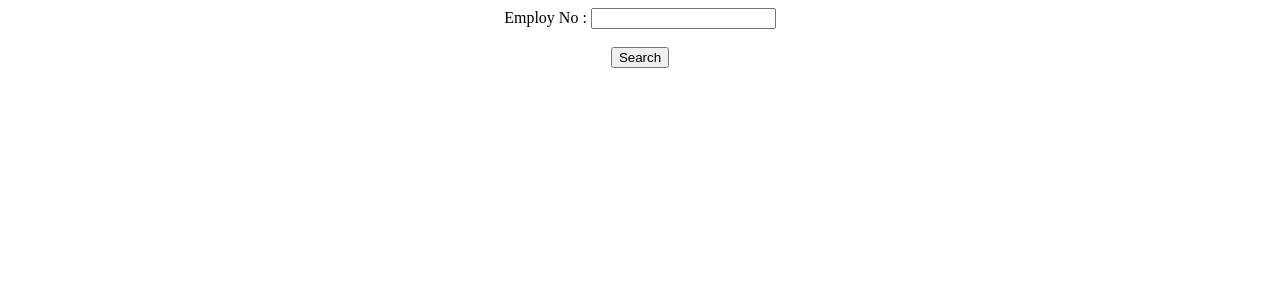
Repository: Satya-298/SatyaTraining
Page: Java Training/Day 1/JdbcServlets/src/main/webapp/EmploySearch.html
The author's editor kept a copy of each file at every save. The page is drawn from the files as they stood at one save, then again after the next save.
The browser window is 1280 px wide. The pictures show the whole page.

Above is the page before, as saved 2025-04-30 11:38:08.

After the next save:
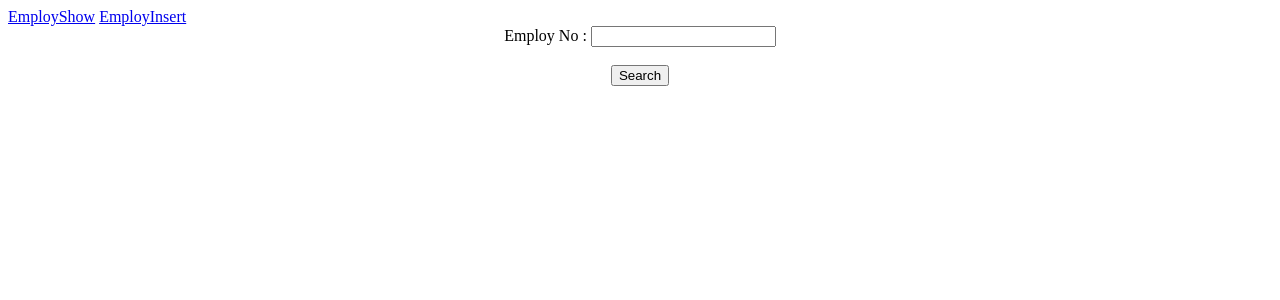
Saved 11 min 7 s later.
--- a/Java Training/Day 1/JdbcServlets/src/main/webapp/EmploySearch.html
+++ b/Java Training/Day 1/JdbcServlets/src/main/webapp/EmploySearch.html
@@ -5,6 +5,8 @@
 <title>Insert title here</title>
 </head>
 <body>
+<a href="EmployShow.html">EmployShow</a>
+<a href ="EmployInsert.html">EmployInsert</a>
 	<form method="get" action="EmploySearchServlet">
 		<center>
 			Employ No :
